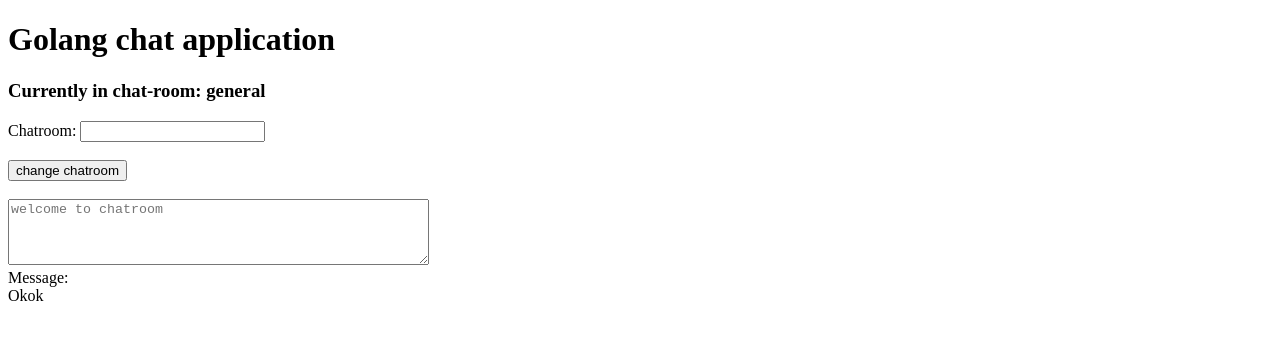
Repository: Lakshyyaa/SimpleWSserver
Page: frontend/index.html
The author's editor kept a copy of each file at every save. The page is drawn from the files as they stood at one save, then again after the next save.
The browser window is 1280 px wide. The pictures show the whole page.

Above is the page before, as saved 2024-10-30 13:59:07.

### frontend/index.html
<!DOCTYPE html>
<html lang="en">
  <head>
    <meta charset="UTF-8" />
    <meta name="viewport" content="width=device-width, initial-scale=1.0" />
    <title>websockets</title>
  </head>
  <body>
    <div class="center">
      <h1>Golang chat application</h1>
      <h3>Currently in chat-room: general</h3>
      <form action="" id="select-room">
        <label for="chatroom">Chatroom: </label>
        <input type="text" id="chatroom" name="chatroom" />
        <br />
        <br />
        <input type="submit" value="change chatroom" />
      </form>
      <br />
      <textarea
        class="messagearea"
        id="chatmessages"
        readonly
        name="chatmessages"
        rows="4"
        cols="50"
        placeholder="welcome to chatroom"
      ></textarea>
      <br>
      <form id="chatroom-message">
        <label for="message">Message: </label>
      </form>
    </div>
    Okok
  </body>
</html>

After the next save:
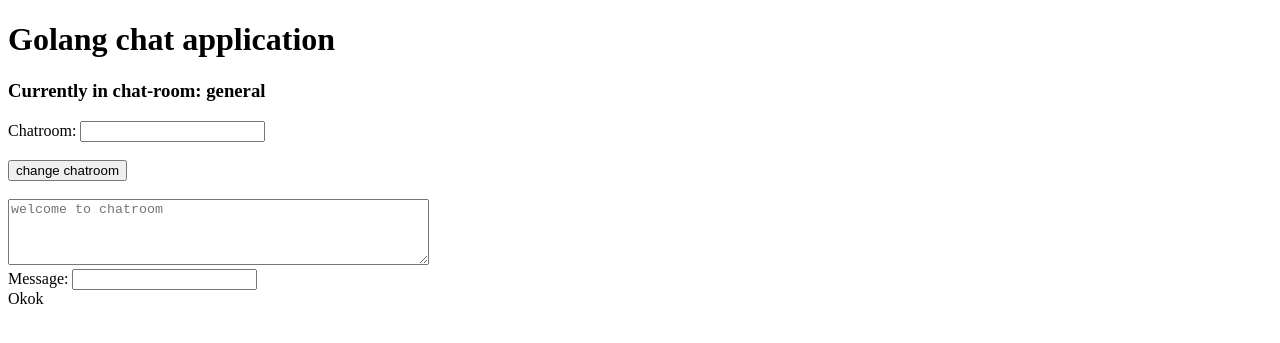
Saved 10 s later.
--- a/frontend/index.html
+++ b/frontend/index.html
@@ -29,6 +29,7 @@
       <br>
       <form id="chatroom-message">
         <label for="message">Message: </label>
+        <input type="text" id="message">
       </form>
     </div>
     Okok
